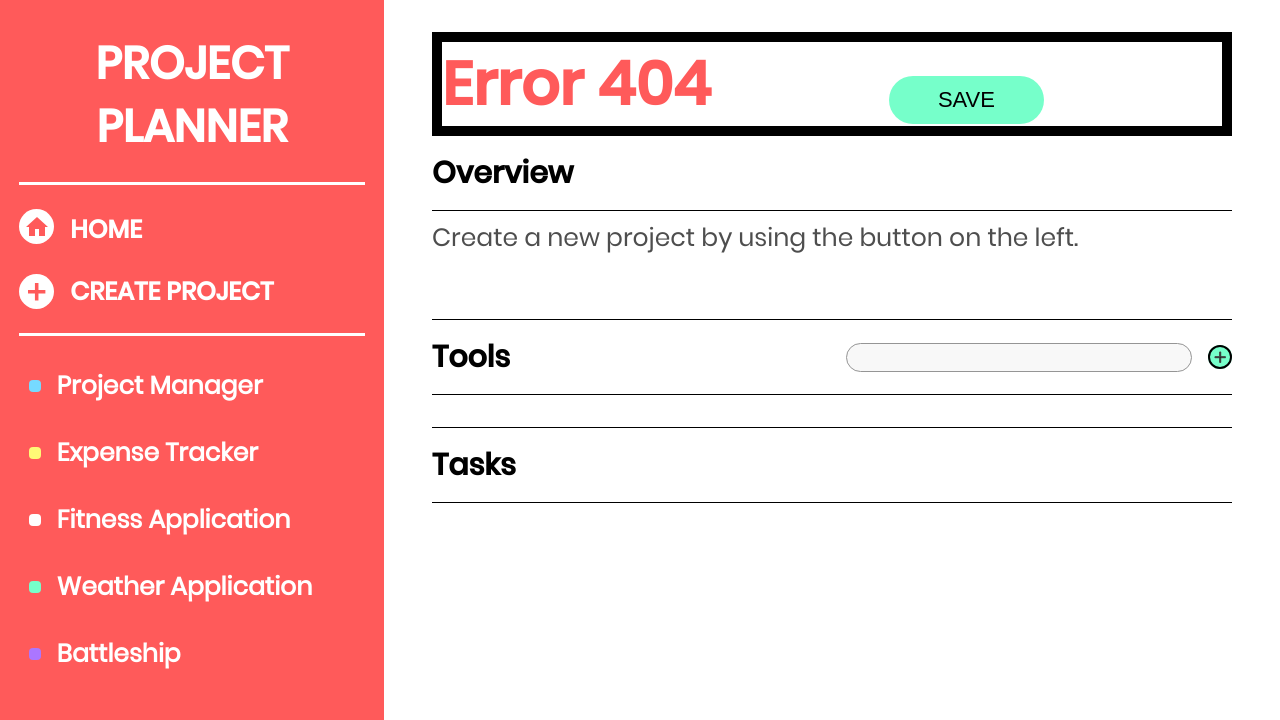
Repository: AzharMoosa/project-manager
Page: /project
These files come from the project's save history. The page is drawn as it stood at one moment and after the next save; the edit follows.
The browser window is 1280 px wide. The pictures show the whole page.
The project was rebuilt for these pictures with package versions that can differ from the ones it lists, and the page was loaded fresh each time. A package was used in the major version that the imports need, not the one package.json lists. Also part of the build but not shown: src/components/home/ProgressBar.js, src/components/home/ProjectProgress.js, src/components/home/Home.js, src/components/current-project/Task.js.

Above is the page before, as saved 2020-06-24 11:17:20.

### public/index.html
<!DOCTYPE html>
<html lang="en">
  <head>
    <meta charset="utf-8" />
    <link rel="icon" href="%PUBLIC_URL%/favicon.ico" />
    <meta name="viewport" content="width=device-width, initial-scale=1" />
    <meta name="theme-color" content="#000000" />
    <meta
      name="description"
      content="Web site created using create-react-app"
    />
    <link rel="apple-touch-icon" href="%PUBLIC_URL%/logo192.png" />

    <link rel="manifest" href="%PUBLIC_URL%/manifest.json" />

    <title>Project Planner</title>
  </head>
  <body>
    <noscript>You need to enable JavaScript to run this app.</noscript>
    <div id="root"></div>
  </body>
</html>

### src/App.js
import React from "react";
import Sidebar from "./components/sidebar/Siebar";
import Main from "./components/Main";
import Modal from "./components/modal/Modal";
import { ProjectProvider } from "./ProjectContext";
import { SelectedProjectProvider } from "./SelectedProjectContext";
import { BrowserRouter } from "react-router-dom";

import "./App.css";

function App() {
  return (
    <BrowserRouter>
      <ProjectProvider>
        <SelectedProjectProvider>
          <div className='container'>
            <Sidebar />
            <Main />
            <Modal />
          </div>
        </SelectedProjectProvider>
      </ProjectProvider>
    </BrowserRouter>
  );
}

export default App;

### src/components/sidebar/Siebar.js
import React from "react";
import Header from "./Header";
import ProjectList from "../project-list/ProjectList";

const Siebar = () => {
  return (
    <div className='sidebar'>
      <Header />
      <ProjectList />
    </div>
  );
};

export default Siebar;

### src/components/Main.js
import React from "react";
import { Switch, Route } from "react-router-dom";
import Home from "./home/Home";
import CurrentProject from "./current-project/CurrentProject";

const Main = () => {
  return (
    <Switch>
      <Route exact path='/' component={Home}></Route>
      <Route exact path='/project' component={CurrentProject}></Route>
    </Switch>
  );
};

export default Main;

### src/components/modal/Modal.js
import React, { useContext, useState } from "react";
import { ProjectContext } from "../../ProjectContext";

const Modal = () => {
  // eslint-disable-next-line
  const [projects, setProjects] = useContext(ProjectContext);
  const [projectTitle, setProjectTitle] = useState("");
  const [projectOverview, setProjectOverview] = useState("");

  const hidePopup = () => {
    let popup = document.querySelector(".create-project-popup");
    popup.classList.add("hide");
  };

  const createProject = (e) => {
    if (projectTitle === "") {
      return;
    }
    e.preventDefault();
    let newProject = {
      name: projectTitle,
      overview: projectOverview,
      tools: [],
      progress: 0,
      tasks: [],
      color: "white",
      date: "",
      id: Math.floor(Math.random() * 100),
    };
    setProjects((projects) => [...projects, newProject]);
    setProjectTitle("");
    setProjectOverview("");
    clearTitleInput();
    clearOverviewInput();
    hidePopup();
  };

  const clearTitleInput = () => {
    let titleInput = document.querySelector(".title-input");
    titleInput.value = "";
  };

  const clearOverviewInput = () => {
    let overviewInput = document.querySelector(".overview-input");
    overviewInput.value = "";
  };

  return (
    <div className='create-project-popup hide'>
      <div className='create-project-popup-content'>
        <h1>CREATE PROJECT</h1>
        <form className='form-input'>
          <label htmlFor='title'>PROJECT TITLE</label>
          <input
            type='text'
            onChange={(e) => setProjectTitle(e.target.value)}
            className='title-input'
          />
          <label htmlFor='title'>PROJECT OVERVIEW</label>
          <textarea
            type='text'
            onChange={(e) => setProjectOverview(e.target.value)}
            className='overview-input'
          />
          <button className='create-btn' onClick={createProject}>
            CREATE
          </button>
        </form>
      </div>
    </div>
  );
};

export default Modal;

### src/ProjectContext.js
import React, { useState, createContext } from "react";

export const ProjectContext = createContext();

export const ProjectProvider = (props) => {
  const [projects, setProjects] = useState([
    {
      name: "Project Manager",
      overview:
        "A project management application which allows you to plan personal projects and track its progress.  Create detail plans of projects before developing projects.",
      tools: ["HTML", "CSS", "JAVASCRIPT", "REACT"],
      progress: 60,
      tasks: [
        { task: "Create Project Plans", complete: true },
        { task: "Todo List for Each Project", complete: false },
        { task: "Track Progress", complete: true },
        { task: "Priority List", complete: true },
        { task: "Choose Tools In Each Project", complete: false },
        { task: "Clean And Simple Design", complete: true },
        { task: "Use REACT", complete: false },
      ],
      color: "blue",
      date: "26/06/2020",
      id: 28392,
    },

    {
      name: "Expense Tracker",
      overview:
        "A expense tracker application which allows you to budget and track your savings.  Track what expenses you have.",
      tools: ["HTML", "CSS", "JAVASCRIPT", "REACT"],
      progress: 40,
      tasks: [
        { task: "Expenses In And Out", complete: true },
        { task: "Current Balance", complete: false },
        { task: "Highest Money Out", complete: true },
        { task: "Clean And Simple Design", complete: true },
        { task: "Use REACT", complete: false },
      ],
      color: "yellow",
      date: "",
      id: 2032,
    },

    {
      name: "Fitness Application",
      overview:
        "A fitness application which can track workouts and meal plans. Plan exercise routines and meal plans all in one hub.",
      tools: [
        "HTML",
        "CSS",
        "JAVASCRIPT",
        "REACT",
        "NODEJS",
        "EXPRESS",
        "MONGODB",
      ],
      progress: 0,
      tasks: [
        { task: "Exercise Plan", complete: true },
        { task: "Diet Plan", complete: false },
        { task: "Clean And Simple Design", complete: true },
        { task: "Use REACT", complete: false },
      ],
      color: "white",
      date: "30/09/2020",
      id: 203234,
    },

    {
      name: "Weather Application",
      overview:
        "A weather application which can track weather and climate. See weather and climate for different locations all around the world.",
      tools: ["HTML", "CSS", "JAVASCRIPT", "REACT", "ADOBE XD"],
      progress: 30,
      tasks: [
        { task: "Weather", complete: true },
        { task: "Temp, Humidity, Pressure", complete: false },
        { task: "Clean And Simple Design", complete: true },
        { task: "Use REACT", complete: false },
      ],
      color: "green",
      date: "16/12/2020",
      id: 20327734,
    },

    {
      name: "Battleship",
      overview: "Battleship created in REACT and using Javascript Testing.",
      tools: ["HTML", "CSS", "JAVASCRIPT", "REACT", "ADOBE XD", "JEST"],
      progress: 100,
      tasks: [
        { task: "Battleship Game", complete: true },
        { task: "Using Testing", complete: false },
        { task: "Clean And Simple Design", complete: true },
        { task: "Use REACT", complete: false },
      ],
      color: "purple",
      date: "",
      id: 2027734,
    },
  ]);

  return (
    <ProjectContext.Provider value={[projects, setProjects]}>
      {props.children}
    </ProjectContext.Provider>
  );
};

### src/SelectedProjectContext.js
import React, { useState, createContext } from "react";

export const SelectedProjectContext = createContext();

export const SelectedProjectProvider = (props) => {
  const [selectedProject, setSelectedProject] = useState({
    name: "Error 404",
    overview: "Create a new project by using the button on the left.",
    tools: [],
    progress: 0,
    tasks: [],
    color: "",
    date: "",
    id: 21,
  });

  return (
    <SelectedProjectContext.Provider
      value={[selectedProject, setSelectedProject]}
    >
      {props.children}
    </SelectedProjectContext.Provider>
  );
};

### src/App.css
:root {
  --red: #ff5a5a;
  --green: #76ffca;
  --blue: #76daff;
  --yellow: #fffa76;
  --purple: #ab76ff;
}

/* CSS RESET */

* {
  margin: 0;
  padding: 0;
  box-sizing: border-box;
}

/* Fonts */

@font-face {
  font-family: "Poppins-Med";
  src: url("./fonts/Poppins-Medium.ttf");
}

@font-face {
  font-family: "Poppins-Reg";
  src: url("./fonts/Poppins-Regular.ttf");
}

/* Body */

body {
  font-family: "Poppins-Reg";
  line-height: 1.4;
}

/* Utilities */

/* Bullet Points */

.white:before,
.blue:before,
.yellow:before,
.green:before,
.purple:before {
  content: " ";
  height: 12px;
  width: 12px;
  margin-right: 1rem;
  border-radius: 4px;
}

.blue:before {
  background-color: var(--blue);
}

.yellow:before {
  background-color: var(--yellow);
}

.green:before {
  background-color: var(--green);
}

.purple:before {
  background-color: var(--purple);
}

.white:before {
  background-color: #fff;
}

/* Container */
.container {
  display: flex;
}

/* Sidebar */
.sidebar {
  width: 30vw;
  background-color: var(--red);
  min-height: 100vh;
  color: #fff;
}

.title {
  font-size: 45px;
  font-family: "Poppins-Med";
  text-align: center;
  padding-top: 2rem;
}

.nav-btns::after,
.nav-btns:before {
  content: " ";
  display: block;
  border-bottom: 3px solid #fff;
  width: 100%;
  margin: 1.5rem auto;
}

.nav-btns {
  width: 90%;
  margin: auto;
}

.home-btn,
.create-project-btn {
  display: flex;
  align-items: center;
  margin-top: 1.5rem;
}

.home-btn h3,
.create-project-btn h3 {
  margin-left: 1rem;
  font-family: "Poppins-Med";
  font-size: 25px;
}

.home-btn svg,
.create-project-btn svg {
  cursor: pointer;
}

/* Home */

.home {
  width: 70vw;
  display: flex;
  flex-direction: column;
}

.home-title {
  font-size: 80px;
  font-family: "Poppins-Med";
  color: var(--red);
  text-align: center;
  margin-top: 1rem;
}

.home-title:after {
  content: " ";
  display: block;
  border-bottom: 5px solid var(--red);
  width: 342px;
  margin: 0 auto 1.5rem auto;
}

/* Selected Project */

.selected-project {
  width: 70vw;
  display: flex;
  flex-direction: column;
  padding: 2rem 3rem;
}

.selected-project-head {
  display: flex;
  justify-content: flex-end;
  align-items: center;
  border: 10px solid black;
}

.selected-project-title {
  color: var(--red);
  font-size: 60px;
  font-family: "Poppins-Med";
}

.selected-project h3 {
  font-size: 30px;
  font-family: "Poppins-Med";
  margin-top: 1rem;
}

.selected-project-heading:after,
.tools:before {
  content: " ";
  display: block;
  border-bottom: 1px solid #000;
  padding: 0.5rem 0;
}

.overview {
  color: #4e4e4e;
  font-size: 25px;
  font-family: "Poppins-Reg";
  padding: 0.5rem 0;
  outline: none;
  border: none;
  resize: none;
}

.tools-head {
  display: flex;
  justify-content: space-between;
  align-items: center;
  border-bottom: 1px solid #000;
  padding-bottom: 1rem;
}

.tools-input {
  margin-top: 1rem;
  display: flex;
  justify-content: center;
  align-items: center;
}

.add-tools {
  width: 346px;
  height: 29px;
  background-color: #f8f8f8;
  border: 1px solid #959595;
  border-radius: 15px;
  margin-right: 1rem;
  font-size: 15px;
  outline: none;
  padding: 0 1rem;
}

.add-tool-btn {
  cursor: pointer;
}

.tools-body {
  border-bottom: 1px solid #000;
}

.tools-body h3 {
  font-family: "Poppins-Reg";
  padding-bottom: 1rem;
  color: #4e4e4e;
  font-size: 25px;
}

.tasks-title {
  display: flex;
  align-items: center;
  border-bottom: 1px solid #000;
  padding-bottom: 1rem;
}

.bullet-point {
  border-radius: 50%;
  width: 41px;
  height: 41px;
  background: #fff;
  border: 3px solid #000;
  cursor: pointer;
  margin-right: 1rem;
}

.complete {
  background: var(--blue);
}

.task {
  display: flex;
  align-items: center;
}

.task h3 {
  font-size: 25px;
  font-family: "Poppins-Reg";
  margin-bottom: 1rem;
}

/* Project Sidebar List */

.project-side {
  width: 85%;
  margin: 2rem auto;
  display: flex;
  align-items: center;
  cursor: pointer;
}

.project-side h3 {
  font-size: 25px;
}

/* Progress Bar */
.progressbar {
  width: 90%;
  background-color: #fff;
  border: 2px solid #2f2f2f;
  border-radius: 17px;
  margin: 0 auto 2rem auto;
}

.progressbar > div {
  background-color: var(--green);
  height: 33px;
  border-radius: 17px;
}

.progressbar > div h3 {
  display: flex;
  justify-content: flex-end;
  align-items: center;
  line-height: 1.8;
  margin-right: 1rem;
}

/* Project List */

.project-title {
  width: 90%;
  margin: 1.2rem auto;
  display: flex;
  justify-content: space-between;
}

.project-title h3 {
  font-size: 25px;
  font-family: "Poppins-Med";
}

.project-title h4 {
  font-size: 20px;
  font-family: "Poppins-Reg";
  color: #505050;
}

/* Create Project Popup */

.hide {
  display: none !important;
}

.create-project-popup {
  display: flex;
  justify-content: center;
  align-items: center;
  position: fixed;
  z-index: 1;
  left: 0;
  top: 0;
  width: 100%;
  height: 100%;
  background-color: rgb(0, 0, 0);
  background-color: rgba(99, 99, 99, 0.6);
}

.create-project-popup-content {
  background-color: var(--red);
  padding: 20px;
  border: 3px solid #343434;
  min-width: 526px;
  min-height: 617px;
  color: #fff;
  -webkit-box-shadow: 10px 10px 6px 0px rgba(0, 0, 0, 0.75);
  -moz-box-shadow: 10px 10px 6px 0px rgba(0, 0, 0, 0.75);
  box-shadow: 10px 10px 6px 0px rgba(0, 0, 0, 0.75);
}

.create-project-popup-content h1 {
  text-align: center;
}

.create-project-popup-content h1:after {
  content: " ";
  display: block;
  border-bottom: 3px solid #fff;
  width: 250px;
  margin: 0 auto 1.5rem auto;
}

.form-input {
  width: 100%;
  display: flex;
  flex-direction: column;
  justify-content: center;
}

.form-input label {
  font-size: 25px;
  font-family: "Poppins-Med";
}

.form-input input {
  height: 46px;
  background-color: transparent;
  border: 2px solid #fff;
  outline: none;
  color: #fff;
  font-size: 21px;
  padding: 0 0.5rem;
  width: 100%;
  margin-bottom: 2rem;
}

.form-input textarea {
  height: 202px;
  background-color: transparent;
  border: 2px solid #fff;
  outline: none;
  color: #fff;
  font-size: 21px;
  padding: 0.5rem 0.5rem;
  width: 100%;
  margin-bottom: 2rem;
  font-family: "Poppins-Reg";
}

.create-btn {
  background-color: var(--green);
  width: 155px;
  height: 48px;
  border-radius: 24px;
  border: none;
  font-size: 22px;
  margin: 2rem auto 0 auto;
}

### src/components/sidebar/Header.js
import React from "react";
import { Link } from "react-router-dom";

const Header = () => {
  const displayPopup = () => {
    let popup = document.querySelector(".create-project-popup");
    popup.classList.remove("hide");
  };

  return (
    <div>
      <h1 className='title'>PROJECT PLANNER</h1>
      <div className='nav-btns'>
        <div className='home-btn'>
          <Link to='/'>
            <svg
              xmlns='http://www.w3.org/2000/svg'
              width='35'
              height='35'
              viewBox='0 0 35 35'
            >
              <g
                id='Home_Btn'
                data-name='Home Btn'
                transform='translate(-139 -182)'
              >
                <circle
                  id='Ellipse_1'
                  data-name='Ellipse 1'
                  cx='17.5'
                  cy='17.5'
                  r='17.5'
                  transform='translate(139 182)'
                  fill='#fff'
                />
                <path
                  id='icons8-home'
                  d='M12,2.1,1,12H4v9h6V14h4v7h6V12h3Z'
                  transform='translate(145 187.9)'
                  fill='#ff5a5a'
                />
              </g>
            </svg>
          </Link>
          <h3>HOME</h3>
        </div>

        <div className='create-project-btn'>
          <svg
            xmlns='http://www.w3.org/2000/svg'
            width='35'
            height='35'
            viewBox='0 0 35 35'
            onClick={displayPopup}
          >
            <g id='Group_6' data-name='Group 6' transform='translate(-50 -242)'>
              <circle
                id='Ellipse_2'
                data-name='Ellipse 2'
                cx='17.5'
                cy='17.5'
                r='17.5'
                transform='translate(50 242)'
                fill='#fff'
              />
              <path
                id='icons8-plus'
                d='M8.922,2V8.922H2v1.538H8.922v6.922h1.538V10.461h6.922V8.922H10.461V2Z'
                transform='translate(58 250)'
                fill='#ff5a5a'
                stroke='#ff5a5a'
                strokeWidth='2'
                fillRule='evenodd'
              />
            </g>
          </svg>
          <h3>CREATE PROJECT</h3>
        </div>
      </div>
    </div>
  );
};

export default Header;

### src/components/project-list/ProjectList.js
import React, { useContext } from "react";
import { ProjectContext } from "../../ProjectContext";
import ProjectSide from "./ProjectSide";

const ProjectList = () => {
  // eslint-disable-next-line
  const [projects, setProjects] = useContext(ProjectContext);

  return (
    <div>
      {projects.map((project) => (
        <ProjectSide
          name={project.name}
          color={project.color}
          key={project.id}
          project={project}
        />
      ))}
    </div>
  );
};

export default ProjectList;

### src/components/current-project/CurrentProject.js
import React, { useContext } from "react";
import Task from "./Task";

import { SelectedProjectContext } from "../../SelectedProjectContext";
import { ProjectContext } from "../../ProjectContext";

const CurrentProject = () => {
  // eslint-disable-next-line
  const [selectedProject, setSelectedProject] = useContext(
    SelectedProjectContext
  );

  const [projects, setProjects] = useContext(ProjectContext);

  const modifyOverview = (e) => {
    const overview = e.target.value;
    setSelectedProject((selectedProject) => ({
      ...selectedProject,
      overview: overview,
    }));
    updateProjects();
  };

  const updateProjects = () => {
    let i = projects.indexOf(selectedProject);
    let newArray = [...projects];
    console.log(selectedProject);
    newArray[0] = selectedProject;
    setProjects(newArray);
  };

  return (
    <div className='selected-project'>
      <div className='selected-project-head'>
        <h1 className='selected-project-title'>{selectedProject.name}</h1>
        <button className='create-btn'>SAVE</button>
      </div>

      <h3 className='selected-project-heading'>Overview</h3>
      <textarea
        type='text'
        className='overview'
        value={selectedProject.overview}
        onChange={modifyOverview}
      />
      <div className='tools'>
        <div className='tools-head'>
          <h3>Tools</h3>
          <div className='tools-input'>
            <input type='text' className='add-tools' />
            <svg
              xmlns='http://www.w3.org/2000/svg'
              width='24'
              height='24'
              viewBox='0 0 24 24'
              className='add-tool-btn'
            >
              <g
                id='Add_Tool_Btn'
                data-name='Add Tool Btn'
                transform='translate(-49.866 -241.866)'
              >
                <g
                  id='Ellipse_2'
                  data-name='Ellipse 2'
                  transform='translate(49.866 241.866)'
                  fill='#76ffca'
                  stroke='#000'
                  strokeWidth='2'
                >
                  <circle cx='12' cy='12' r='12' stroke='none' />
                  <circle cx='12' cy='12' r='11' fill='none' />
                </g>
                <path
                  id='icons8-plus'
                  d='M6.72,2V6.72H2V7.769H6.72v4.72H7.769V7.769h4.72V6.72H7.769V2Z'
                  transform='translate(54.819 246.819)'
                  stroke='#404040'
                  strokeWidth='1'
                  fillRule='evenodd'
                />
              </g>
            </svg>
          </div>
        </div>
        <div className='tools-body'>
          <h3>{selectedProject.tools.join(" | ")}</h3>
        </div>
      </div>

      <h3 className='selected-project-heading'>Tasks</h3>

      <div className='tasks'>
        {selectedProject.tasks.map((task) => (
          <Task key={Math.random() * 100} task={task} />
        ))}
      </div>
    </div>
  );
};

export default CurrentProject;

### src/components/project-list/ProjectSide.js
import React, { useContext } from "react";
import { SelectedProjectContext } from "../../SelectedProjectContext";
import { Link } from "react-router-dom";

const Project = ({ name, color, project }) => {
  // eslint-disable-next-line
  const [selectedProject, setSelectedProject] = useContext(
    SelectedProjectContext
  );

  return (
    <Link to='/project' style={{ textDecoration: "none", color: "#fff" }}>
      <div className={`project-side ${color}`}>
        <h3
          onClick={() => {
            setSelectedProject(project);
          }}
        >
          {name}
        </h3>
      </div>
    </Link>
  );
};

export default Project;

Loaded but not shown: src/index.js (common file)

After the next save:
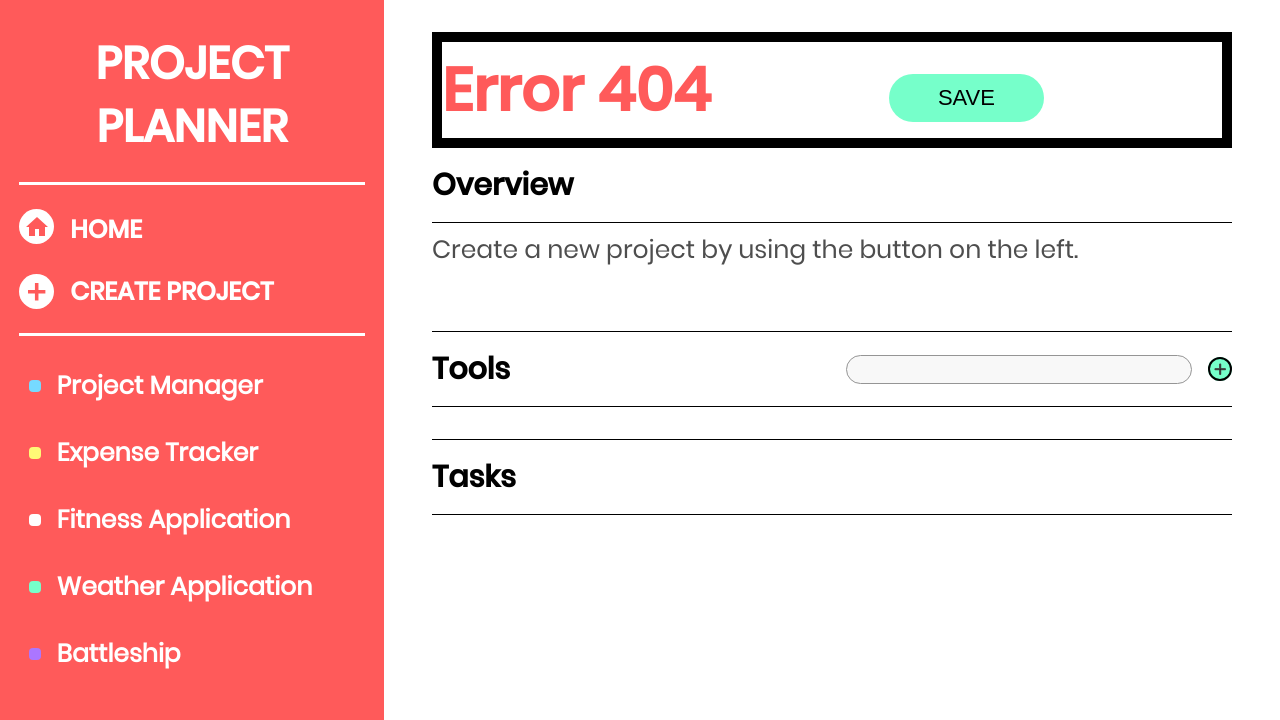
Saved 27 s later.
--- a/src/App.css
+++ b/src/App.css
@@ -162,6 +162,10 @@ body {
   border: 10px solid black;
 }
 
+.selected-project-head button {
+  margin-bottom: 1rem;
+}
+
 .selected-project-title {
   color: var(--red);
   font-size: 60px;
